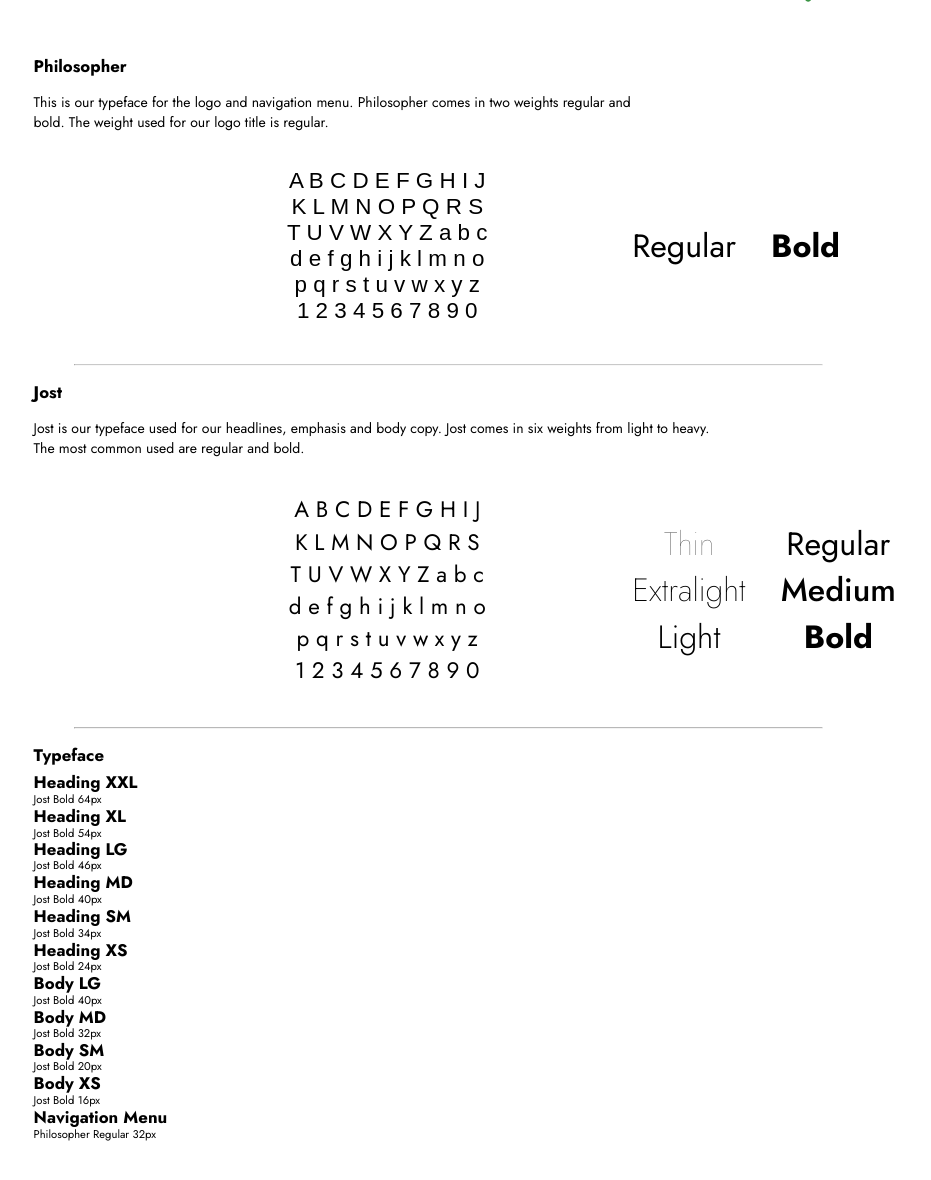
Repository: jjennbui/seedsprout_styleguide
Page: pages/typography.html
An editor plug-in stored every save of this project. The page is shown before and after the next save, followed by the edit.
The browser window is 1280 px wide. The page is 1330 px wide, so the pictures cover 1330 px, including what lies to the right of the window. The pictures show the part of the page from y = 710 to 2550 px (the page is 2396 px tall before and 2550 px after), at 70% of full size.
Some web fonts or font styles are not loaded; a fallback is used.

Above is the page before, as saved 2023-03-11 00:08:29.

### pages/typography.html
<!DOCTYPE html>
<html lang="en">

<head>
    <meta charset="UTF-8">
    <meta http-equiv="X-UA-Compatible" content="IE=edge">
    <meta name="viewport" content="width=device-width, initial-scale=1.0">
    <link rel="stylesheet" href="../styles/typography.css">
    <title>Seed Sprout Styleguide</title>
</head>

<body>
    <main class="main">
        <!--Nav Bar-->
        <header>
            <div class="navBar_container">
                <div class="navBar_logo_container">
                    <img src="../public/logo/Logo.svg" width="30" />
                </div>
                <div class="navBar_links_container">
                    <a class="navBar_links" href="./index.html">
                        <h1>Home</h1>
                    </a>
                    <a class="navBar_links" href="./logo.html">
                        <h1>Logo</h1>
                    </a>
                    <a class="navBar_links" href="./typography.html">
                        <h1>Typography</h1>
                    </a>
                    <a class="navBar_links" href="./colorPalette.html">
                        <h1>Color Palette</h1>
                    </a>
                    <a class="navBar_links" href="./iconsAndGraphics.html">
                        <h1>Icons and Graphics</h1>
                    </a>
                </div>
            </div>
        </header>

        <!--body content-->
        <section class="primary_logo" id="primary">
        <div class="home_content_header">
            <div>
                <h1 class="home_content_headerone"> Typography</h1>
            </div>
            <div class="home_content_headertwo"> Meet our typeface: <br> Philosopher and Jost. </div>
            <div class="intro_arrow_container">
                <a href="#primary"> <img src="../public/icons/downarrow.svg" height="135" alt="" /></a>
            </div>
        </div>

        <!--Philosopher-->


        </div class="typo_header"><h1>Philosopher</h1></div>
        <div class="typo_body">This is our typeface for the logo and navigation menu. Philosopher comes in two weights regular and <br> bold. The weight used for our logo title is regular.</div>
        <div class="typo_typeface">
            <div class="typo_philo_letters">A B C D E F G H I J <br> K L M N O P Q R S <br> T U V W X Y Z a b c<br> d e f g h i j k l m n o<br> p q r s t u v w x y z<br> 1 2 3 4 5 6 7 8 9 0 </div>
            <div class="type_fontstyle">
                <div class="typo_reg"> Regular </div>
                <div class="typo_bold"> Bold </div>
            </div>
        </div>

        <hr width="1067px">

        <!--Jost-->

    </div class="typo_header"><h1>Jost</h1></div>
    <div class="typo_body">Jost is our typeface used for our headlines, emphasis and body copy. Jost comes in six weights from light to heavy. <br>
        The most common used are regular and bold.     </div>

    <div class="typo_typeface">
        <div class="typo_jost_letters">A B C D E F G H I J <br> K L M N O P Q R S <br> T U V W X Y Z a b c<br> d e f g h i j k l m n o<br> p q r s t u v w x y z<br> 1 2 3 4 5 6 7 8 9 0 </div>
        <div class="type_fontstyle">
            <div>
                <div class="typo_thin"> Thin </div>
                <div class="typo_extralight"> Extralight </div>
                <div class="typo_light"> Light </div>
            </div>
           <div>
            <div class="typo_reg"> Regular </div>
            <div class="typo_medium">Medium </div>
            <div class="typo_bold"> Bold </div>
           </div>

        </div>
    </div>

    <hr width="1067px">

    <!--typeface-->

    <div class="typeface_header"> <h1>Typeface</h1> </div>

    <div>
        <div class="typeface_text"><h1 class="typeface_headerxxl">Heading XXL</h1>
            <p class="typeface_texttwo"> Jost Bold 64px</p>
     </div>

     <div class="typeface_text"><h1 class="typeface_headerxl">Heading XL</h1>
        <p class="typeface_texttwo"> Jost Bold 54px</p>
 </div>

 <div class="typeface_text"><h1 class="typeface_headerlg">Heading LG</h1>
    <p class="typeface_texttwo"> Jost Bold 46px</p>
</div>

<div class="typeface_text"><h1 class="typeface_headermd">Heading MD</h1>
    <p class="typeface_texttwo"> Jost Bold 40px</p>
</div>

<div class="typeface_text"><h1 class="typeface_headersm">Heading SM</h1>
    <p class="typeface_texttwo"> Jost Bold 34px</p>
</div>

<div class="typeface_text"><h1 class="typeface_headerxs">Heading XS</h1>
    <p class="typeface_texttwo"> Jost Bold 24px</p>
</div>

<div class="typeface_text"><h1 class="typeface_bodylg">Body LG</h1>
    <p class="typeface_texttwo"> Jost Bold 40px</p>
</div>

<div class="typeface_text"><h1 class="typeface_bodymd">Body MD</h1>
    <p class="typeface_texttwo"> Jost Bold 32px</p>
</div>

<div class="typeface_text"><h1 class="typeface_bodysm">Body SM</h1>
    <p class="typeface_texttwo"> Jost Bold 20px</p>
</div>

<div class="typeface_text"><h1 class="typeface_bodyxs">Body XS</h1>
    <p class="typeface_texttwo"> Jost Bold 16px</p>
</div>

<div class="typeface_text"><h1 class="typeface_navmenu">Navigation Menu</h1>
    <p class="typeface_texttwo"> Philosopher Regular 32px</p>
</div>



    </div>
</section>





    </main>
</body>

</html>

### styles/typography.css
@import url('https://fonts.googleapis.com/css2?family=Jost:ital,wght@0,100;0,200;0,300;0,400;0,500;0,600;0,700;0,800;0,900;1,100;1,200;1,300;1,400;1,500;1,600;1,700;1,800;1,900&display=swap');
@import url('https://fonts.googleapis.com/css2?family=Philosopher:ital,wght@0,400;0,700;1,400;1,700&display=swap');

body {
    background-image: url(../public/background-img/background.svg);
    background-size: contain;
    background-repeat: no-repeat;
    font-family: 'Jost', sans-serif;
    font-size: 16px;
    padding: 3rem;
    margin: 0;

}

/**Colors*/
:root {
    --lightGreen: #EBFFEE;
    --mantisGreen: #5FBF6A;
    --sproutGreen: #3B9545;
    --polyGreen: #1D4923;
    --chocolateBrown: #844D0B;
    --seedBrown: #603808;
    --darkBrown: #392105;
    --vegeOrange: #FF8800;
    --fruitBlue: #4F86F7;
}

/**contains everything in the body*/


/**First div that holds the entire navBar*/
.navBar_container {
    width: 100%;
    background: var(--mantisGreen);
    opacity: 0.9;
    gap: 1rem;
    margin: 0;
    border-radius: 3rem;
    display: flex;
}

/**container than holds the logo in the navBar*/
.navBar_logo_container {
    display: flex;
    justify-content: center;
    align-items: center;
    background-color: var(--lightGreen);
    border-radius: 3rem;
    padding: 0.5rem;
    width: 8%;
}

/**Container that holds all the links in the navBar*/
.navBar_links_container {
    display: flex;
    align-items: center;
    justify-content: space-around;
    flex-grow: 1;
    flex-wrap: wrap;
}

/**links in the navBar*/
.navBar_links {
    font-family: 'philosopher', sans-serif;
    text-decoration: none;
    color: black;
    font-size: 0.8rem;
}

.primary_logo{
    margin-top: 9.5rem;
}

/**header*/
.home_content_headerone{
    font-family:  'Jost', sans-serif;
    font-size: 64px;
    margin: 0%;

}

.home_content_headertwo{
    font-family:  'Jost', sans-serif;
   text-align: center;
   margin-top: 10px;
   font-size: 32px;

}

.home_content_header{
    display: flex;
    flex-direction: column;
}

.intro_arrow_container {
    display: flex;
    justify-content: flex-end;
    align-items: center;
    padding: 3rem;
    padding-top: 10%;
}

.typo_header{
    font-size: 40px;
}

.typo_philo_letters{
    font-family: 'philosopher', sans-serif;
    font-size: 32px;
    min-width: 300px;
}



.typo_bold{
    font-weight: bold;
}

.type_fontstyle{
    display: flex;
    gap: 50px;
    font-size: 46px;
    margin: 0px;
}

.typo_typeface{
    align-items: center;
   display: inline-grid;
   grid-auto-flow: column;
    text-align: center;
    gap: 200px;
    margin: 50px;
    margin-left: 30%;

}

.typo_body{
    font-size: 20px;
}

.typo_thin{
    font-weight:100;
}

.typo_extralight{
    font-weight: 200;
}

.typo_light{
    font-weight: 300;
}

.typo_medium{
    font-weight: 500;
}

.typo_jost_letters{
    font-family:'Jost', sans-serif;
    font-size: 32px;
    min-width: 300px;
}

.typeface_text{
    line-height: 4px;
}

.typeface_headerxxl{
    700
}












@media only screen and (max-width: 750px) {
    .typo_typeface{
        margin-left: 25 0px;

     }
}

@media only screen and (max-width: 1250px) {
    .typo_typeface{
       flex-wrap: wrap;
       grid-auto-flow: row;
       gap: 20px;

    }

}

After the next save:
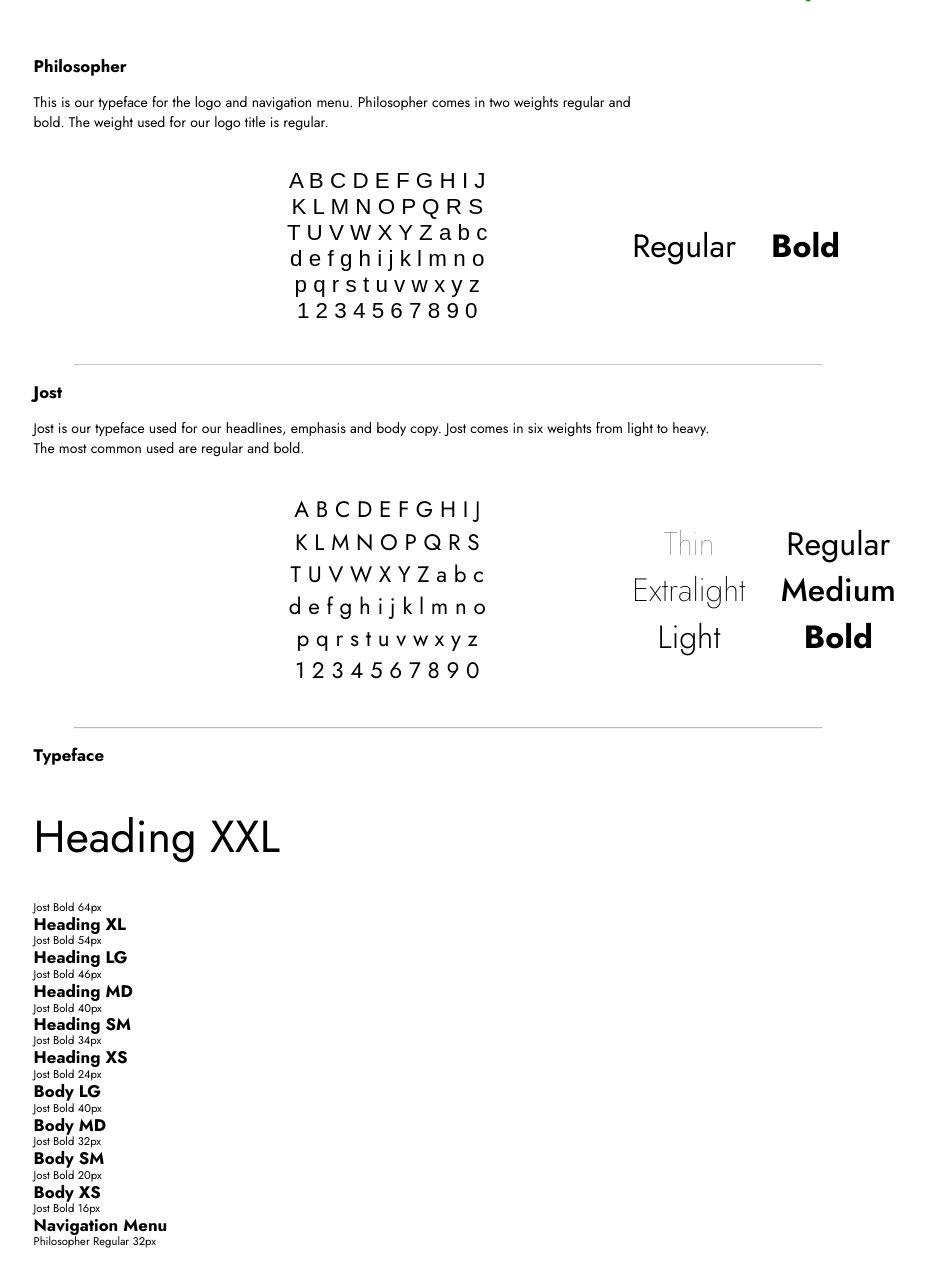
Saved 8 s later.
--- a/styles/typography.css
+++ b/styles/typography.css
@@ -165,7 +165,27 @@
 }
 
 .typeface_headerxxl{
-    700
+    font-family: Jost;
+font-size: 27px;
+font-weight: 400;
+line-height: 39px;
+letter-spacing: 0em;
+text-align: left;
+
+font-family: Jost;
+font-size: 64px;
+font-weight: 700;
+line-height: 92px;
+letter-spacing: 0em;
+text-align: left;
+
+font-family: Jost;
+font-size: 64px;
+font-weight: 400;
+line-height: 92px;
+letter-spacing: 0em;
+text-align: left;
+
 }
 
 
